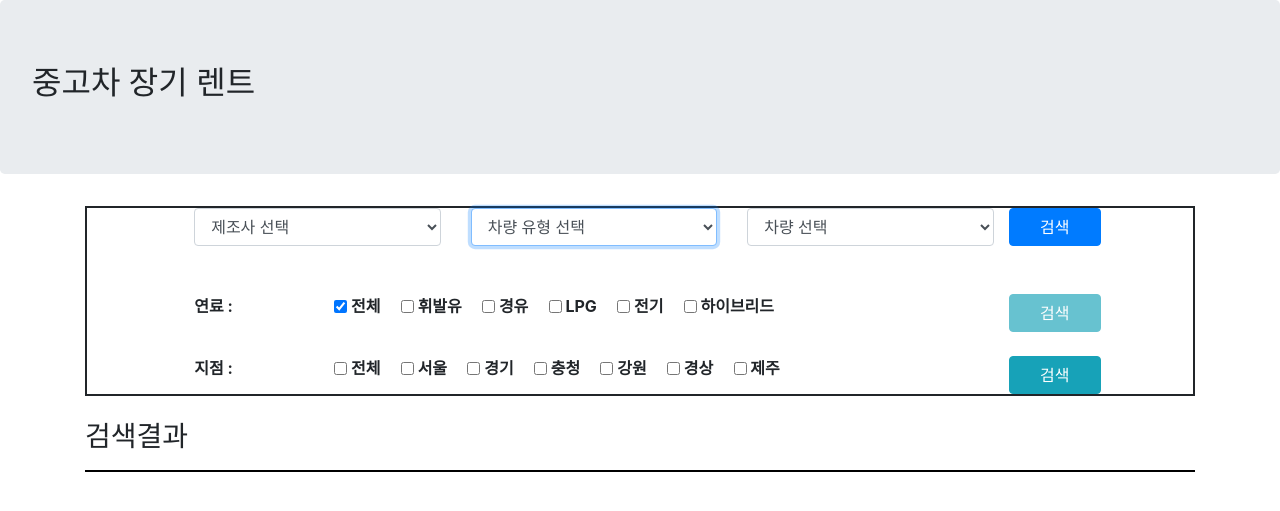
Repository: hyebinkim00/Project
Page: http://localhost/jsp/long_lent_oldcar/searchList.jsp
These files come from the project's save history. The page is drawn as it stood at one moment and after the next save; the edit follows.
The browser window is 1280 px wide. The pictures show the whole page.
After loading, the first visible `.form-check-inline > input` was clicked once.
The page is served by Tomcat 9. Queries for data that is not in the repository find no rows.

Above is the page before, as saved 2020-09-21 02:13:32.
Console error: ReferenceError: a is not defined

After the next save:
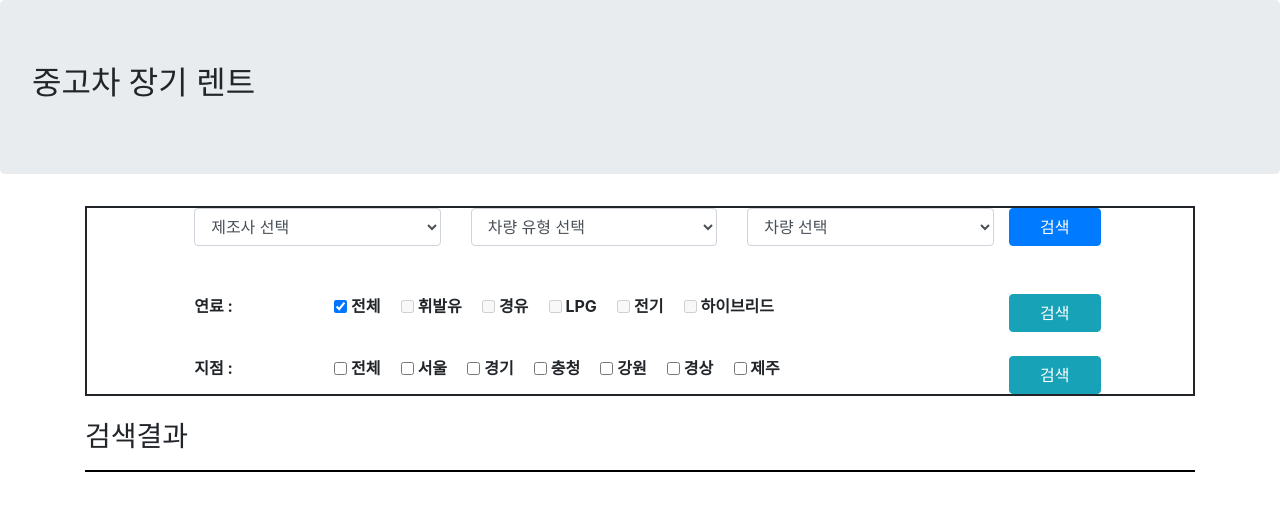
The error is gone.
Saved 84 s later.
--- a/jsp/WebContent/long_lent_oldcar/searchList.jsp
+++ b/jsp/WebContent/long_lent_oldcar/searchList.jsp
@@ -37,8 +37,9 @@ alert(a);
 $(document).ready(function(){
 	$("input:checkbox[name=example1]").on("click",function(){
 
-		if(($('#sellist1').val()=='제조사 선택') && ($('#sellist2').val()=='차량 유형 선택')){
+		if(($('#sellist1').val()!='제조사 선택') && ($('#sellist2').val()=='차량 유형 선택')){
 			alert('널 값 ');
+			$("input:checkbox[name=example1]").not(this).prop("checked", false);
 			$('#sellist2').focus();
 			$('#tess1').prop("disabled",true);
 		alert(a);}
